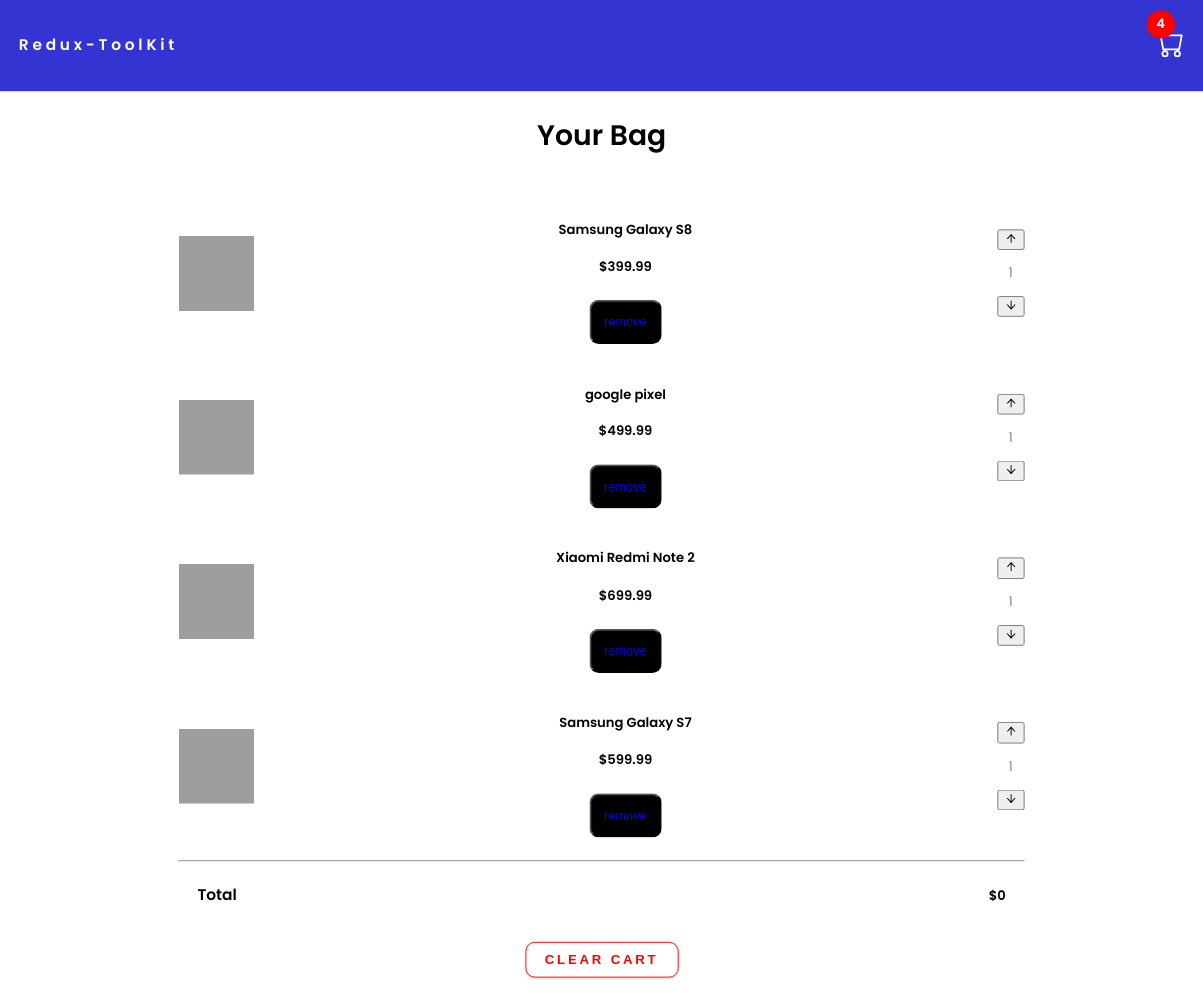
Repository: OmniaRafat232111121/shoppingCart
Page: /
These files come from the project's save history. The page is drawn as it stood at one moment and after a run of saves; the edit follows.
The browser window is 1280 px wide. The pictures show the whole page, at 94% of full size.
Pictures or frames that could not be fetched are drawn as grey boxes. The project was rebuilt for these pictures with package versions that can differ from the ones it lists, and the page was loaded fresh each time.

Above is the page before, as saved 2023-02-07 18:00:34.

### src/index.js
import React from 'react';
import ReactDOM from 'react-dom/client';
import './index.css';
import App from './App';
import { Provider } from 'react-redux';
import { store } from './store';
const root = ReactDOM.createRoot(document.getElementById('root'));
root.render(
  <React.StrictMode>
    <Provider store={store}>
      <App />
    </Provider>
  </React.StrictMode>
);

### src/index.css
@import url('https://fonts.googleapis.com/css2?family=Poppins:ital,wght@0,100;0,200;0,600;1,100;1,200;1,500;1,600&display=swap');
body {
  margin:0;
  padding:0;
  box-sizing: border-box;
  line-height: 1.5;
  font-size: 0.875rem;
  font-family: 'Poppins', sans-serif;
}
nav{
  background-color: rgb(52, 52, 211);
  padding:20px 20px;
}
.nav-center{
  display: flex;
  align-items: center;
  justify-content: space-between;
  width:100%;
  color:#fff;
  margin:0 auto;
}
.nav-center h3{
  letter-spacing: 4px;
}
.nav-center h3:hover{
  letter-spacing: 2px;
}
.nav-container{
  position: relative;
}
.amount-container{
  position: absolute;
  top:-20px;
  left:-10px;
  background-color: red;
  border-radius: 50%;

  width:30px;
  height:30px;
}
.total-amount{
  position: absolute;
  left:10px;
  top:-10px;
  text-align: center;
 font-weight: bold;
}
.cart{
  width:100%;
  max-width: 900px;
  margin:0 auto;
  text-align: center;
}

.cart h2 {
  text-transform: capitalize;
  text-align: center;
  margin-bottom: 3rem;
  font-size: 30px;
}
.empty-cart{
    text-transform: lowercase;
  color: rgb(70, 70, 70);
  margin-top: 1rem;
  text-align: center;
}
.cart-total{
  display: flex;
  justify-content: space-between;
  align-items: center;
  padding:0 20px;

}
.btn {
  text-transform: uppercase;
  background: green;
  color: #fff;
  padding: 0.375rem 0.75rem;
  letter-spacing: 1.2;
  display: inline-block;
  font-weight: 700;
  transition: 0.3;
  font-size: 0.875rem;
  border: none;
  cursor: pointer;
  box-shadow: 0 1px 3px rgba(0, 0, 0, 0.2);
}
.btn:hover {
  color: #fff;
  background-color:red;
}
.clear-btn{
   background: transparent;
  padding: 10px 20px;
  letter-spacing: 3px;
  color: red;
  border: 1px solid red;
  margin-top: 20px;
    margin-bottom: 20px;
  border-radius:10px;
}
/*cartItem*/
.cart-item {
  display: grid;
  align-items: center;
  grid-template-columns: auto 1fr auto;
  grid-column-gap: 1.5rem;
  margin: 1.5rem 0;
}
.cart-item img {
  width: 5rem;
  height: 5rem;
  object-fit: cover;
}

.remove-btn {
  color:blue;
  background-color: #000;
  border-radius: 10px;
  padding: 14px ;
  letter-spacing: 1.3;
  cursor: pointer;
  font-size: 0.85rem;


  margin-top: 0.375rem;
  transition:0.3;
}
.remove-btn:hover {
  color: #fff;
}

### src/App.js
import './App.css';
import CartContainer from './Component/CartContainer';
import Navbar from './Component/Navbar';

function App() {
  return (
    <div className="App">
      <Navbar />
      <CartContainer/>
    </div>
  );
}

export default App;

### src/store.js
import { configureStore } from "@reduxjs/toolkit";
import cartReducer from './features/cart/cartSlice'
export const store = configureStore({
    reducer: {
        cart:cartReducer
    }
})

### src/Component/CartContainer.js
import React from 'react'
import { useSelector } from 'react-redux'
import CartItem from './CartItem';

const CartContainer = () => {
    const { amount, total, cartItems } = useSelector((state) => state.cart);
    if (amount < 1) {
        return (
            <section className='cart'>
                <header>
                    <h2>Your bag</h2>
                    <h4 className='empty-cart'>is Currently empty</h4>
                </header>

            </section>
        )
    }
  return (
      <div className='cart'>
          <header >
              <h2>Your bag</h2>
          </header>
          <div className="cart-Item">
              {cartItems.map((item) => {
                  return (
                      <CartItem key={item.id } {...item} />
                  )
              })}
          </div>
          <footer>
              <hr />
              <div className='cart-total'>
                  <h3>Total</h3>
                  <h4>${ total}</h4>
              </div>
               <button className='btn clear-btn'>clear cart</button>
          </footer>
     </div>
  )
}

export default CartContainer

### src/Component/Navbar.js
import React from 'react'
import { useSelector } from 'react-redux';
import {BsCart} from 'react-icons/bs'
const Navbar = () => {
    const data=useSelector((state)=>state.cart)
  return (
      <>
          <nav>
              <div className='nav-center'>
                  <h3>Redux-ToolKit</h3>
                  <div className='nav-container'>
                      <BsCart size={30}  />
                      <div className='amount-container'>
                          <p className='total-amount'>{data.amount}</p>
          </div>
                  </div>

              </div>
          </nav>
      </>
  )
}

export default Navbar

### src/features/cart/cartSlice.js
import { createSlice } from "@reduxjs/toolkit";
import cartItems from "../../cartItems";
const initialState = {
    cartItems: cartItems,
    amount: 4,
    total: 0,
    isLoading:true
}
  const cartSlice = createSlice({
    name: 'cart',
    initialState,
})
console.log(cartSlice)
export default cartSlice.reducer

### src/Component/CartItem.js
import React from 'react'
import {AiOutlineArrowUp,AiOutlineArrowDown} from 'react-icons/ai'
const CartItem = ({id,img,title,price,amount}) => {
  return (
      <article className='cart-item'>
          <img src={img } alt={title} />
          <div>
              <h4>{title}</h4>
              <h4>${price}</h4>

        <button className='remove-btn'>remove</button>
          </div>
          <div>
              <button className='amount-btn'>
                  <AiOutlineArrowUp/>
              </button>
              <p className='amount'>{amount}</p>
               <button className='amount-btn'>
                  <AiOutlineArrowDown/>
              </button>
          </div>
      </article>
  )
}

export default CartItem

### src/cartItems.js
const cartItems = [
  {
    id: 'rec1JZlfCIBOPdcT2',
    title: 'Samsung Galaxy S8',
    price: '399.99',
    img: 'https://dl.airtable.com/.attachments/64b266ad865098befbda3c3577a773c9/24497852/yedjpkwxljtb75t3tezl.png',
    amount: 1,
  },
  {
    id: 'recB6qcHPxb62YJ75',
    title: 'google pixel',
    price: '499.99',
    img: 'https://dl.airtable.com/.attachments/91c88ae8c1580e2b762ecb3f73ed1eed/a633139a/phone-1_gvesln.png',
    amount: 1,
  },
  {
    id: 'recdRxBsE14Rr2VuJ',
    title: 'Xiaomi Redmi Note 2',
    price: '699.99',
    img: 'https://dl.airtable.com/.attachments/bae9208dc34f35128749ecda5b999e84/337c285d/phone-3_h2s6fo.png',
    amount: 1,
  },
  {
    id: 'recwTo160XST3PIoW',
    title: 'Samsung Galaxy S7',
    price: '599.99 ',
    img: 'https://dl.airtable.com/.attachments/91ee456448cef47deec553a2ea3fa8ad/b08bec68/phone-2_ohtt5s.png',
    amount: 1,
  },
];

export default cartItems;

Loaded but not shown: public/index.html (common file); src/App.css (common file)

After the next 2 saves:
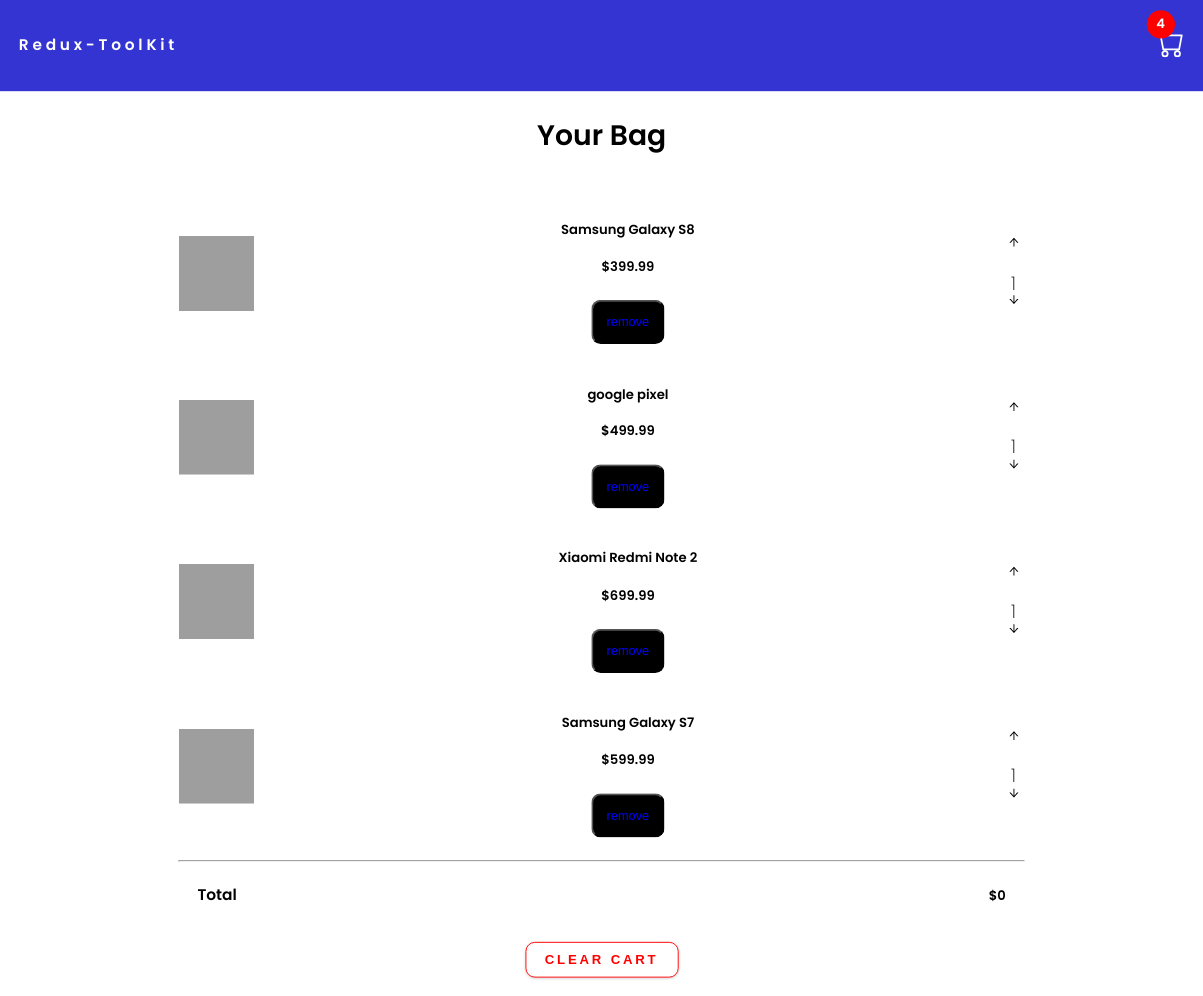
The 2 saves are shown as one change because they came seconds apart.
The last was saved 49 s later.
--- a/src/index.css
+++ b/src/index.css
@@ -129,3 +129,17 @@
 .remove-btn:hover {
   color: #fff;
 }
+
+.amount-btn {
+  width: 24px;
+  background: transparent;
+  border: none;
+  cursor: pointer;
+}
+
+.amount {
+  text-align: center;
+  margin-bottom: 0;
+  font-size: 1.25rem;
+  line-height: 1;
+}
